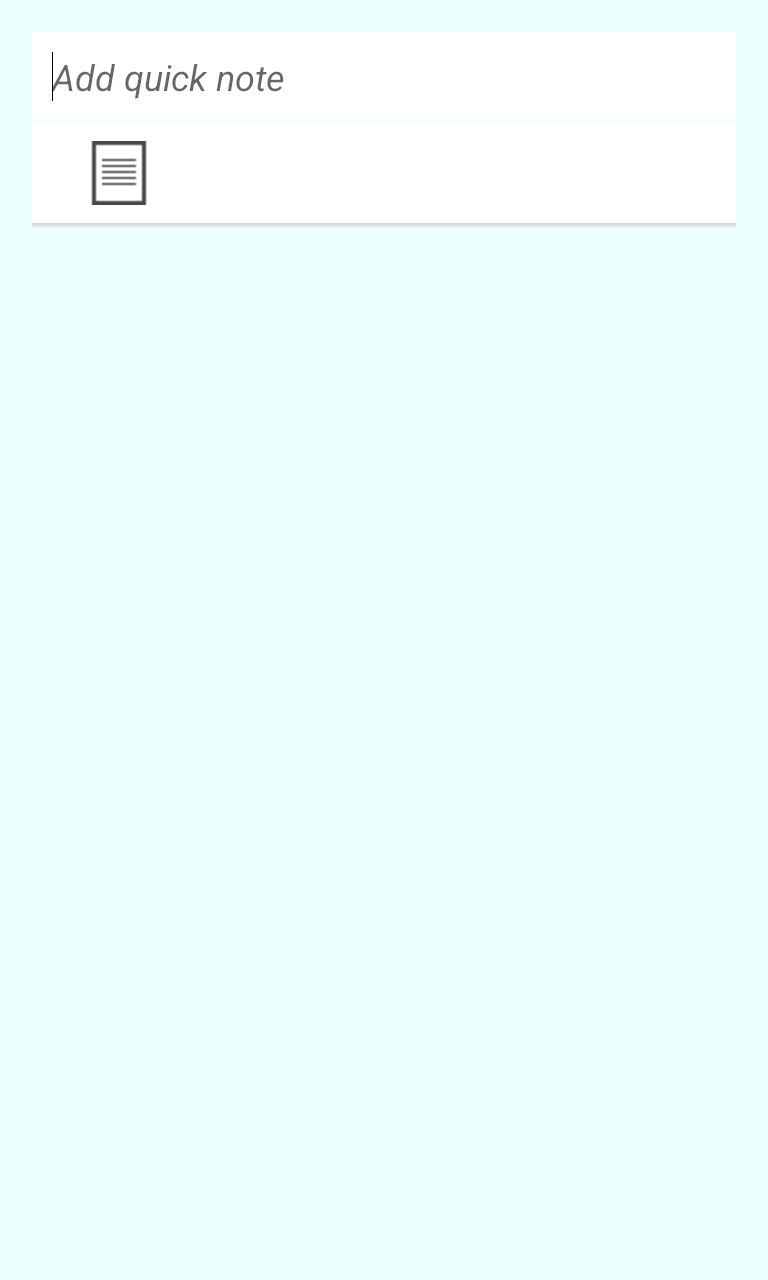
Repository: ishwormali/practices
Layout: Android/GoogleKeep/GoogleKeep/res/layout/fragment_main.xml
The author's editor kept a copy of each file at every save. The layout is drawn from the files as they stood at one save, then again after the next save.
It is drawn on a 768 x 1280 px phone screen (xhdpi) without system bars, with theme Theme.Orangeboom; the app's code is not run.

Above is the layout before, as saved 2014-04-01 07:32:26.

### Android/GoogleKeep/GoogleKeep/res/layout/fragment_main.xml
<RelativeLayout xmlns:android="http://schemas.android.com/apk/res/android"
    xmlns:tools="http://schemas.android.com/tools"
    android:layout_width="match_parent"
    android:layout_height="match_parent"
    android:paddingBottom="@dimen/activity_vertical_margin"
    android:paddingLeft="@dimen/activity_horizontal_margin"
    android:paddingRight="@dimen/activity_horizontal_margin"
    android:paddingTop="@dimen/activity_vertical_margin"
    tools:context="com.practices.googlekeep.MainActivity$PlaceholderFragment"
    android:background="@color/main_background"
      >

    <LinearLayout
        android:layout_width="match_parent"
        android:layout_height="wrap_content"
        android:layout_alignParentTop="true"
        android:layout_centerHorizontal="true"
        android:background="@drawable/area_container"
        android:orientation="vertical" >

        <EditText
            android:id="@+id/text_quicknote"
            android:layout_width="match_parent"
            android:layout_height="wrap_content"
            android:ems="10"  android:hint="@string/add_quick_note"
            android:background="@drawable/edit_box"
            android:textColor="@android:color/black"
android:textCursorDrawable="@null" android:padding="10dp"
             >

            <requestFocus />
        </EditText>
        <View
android:layout_width="fill_parent"
android:layout_height="1dip"
android:background="@color/main_background" />


        <LinearLayout android:layout_width="fill_parent"
            android:layout_height="50dp"
             >
            <ImageButton android:layout_width="wrap_content"
                android:layout_height="wrap_content"
                android:src="@drawable/ico_linedpaper32"
                style="?android:attr/borderlessButtonStyle"
                />
        </LinearLayout>

         <View
    android:id="@+id/divider"
    android:background="@drawable/drop_shadow"
    android:layout_width="match_parent"
    android:layout_height="3sp"
     />
    </LinearLayout>

</RelativeLayout>

### Android/GoogleKeep/GoogleKeep/res/values-v14/themes.xml
<?xml version="1.0" encoding="utf-8"?>
<!-- File created by the Android Action Bar Style Generator

     Copyright (C) 2011 The Android Open Source Project
     Copyright (C) 2012 readyState Software Ltd

     Licensed under the Apache License, Version 2.0 (the "License");
     you may not use this file except in compliance with the License.
     You may obtain a copy of the License at

          http://www.apache.org/licenses/LICENSE-2.0

     Unless required by applicable law or agreed to in writing, software
     distributed under the License is distributed on an "AS IS" BASIS,
     WITHOUT WARRANTIES OR CONDITIONS OF ANY KIND, either express or implied.
     See the License for the specific language governing permissions and
     limitations under the License.
-->

<resources xmlns:android="http://schemas.android.com/apk/res/android">

    <style name="Theme.Orangeboom" parent="@style/Theme.AppCompat.Light">
        <item name="android:actionBarItemBackground">@drawable/selectable_background_orangeboom</item>
        <item name="android:popupMenuStyle">@style/PopupMenu.Orangeboom</item>
        <item name="android:dropDownListViewStyle">@style/DropDownListView.Orangeboom</item>
        <item name="android:actionBarTabStyle">@style/ActionBarTabStyle.Orangeboom</item>
        <item name="android:actionDropDownStyle">@style/DropDownNav.Orangeboom</item>
        <item name="android:actionBarStyle">@style/ActionBar.Solid.Orangeboom</item>
        <item name="android:actionModeBackground">@drawable/cab_background_top_orangeboom</item>
        <item name="android:actionModeSplitBackground">@drawable/cab_background_bottom_orangeboom</item>
        <item name="android:actionModeCloseButtonStyle">@style/ActionButton.CloseMode.Orangeboom</item>
         <item name="actionMenuTextColor">@android:color/white</item>

    </style>

    <style name="ActionBar.Solid.Orangeboom" parent="@style/Widget.AppCompat.Light.ActionBar.Solid">
        <item name="android:background">@drawable/ab_solid_orangeboom</item>
        <item name="android:backgroundStacked">@drawable/ab_stacked_solid_orangeboom</item>
        <item name="android:backgroundSplit">@drawable/ab_bottom_solid_orangeboom</item>
        <item name="android:progressBarStyle">@style/ProgressBar.Orangeboom</item>
       <item name="android:titleTextStyle">@style/ActionBar.TextStyle.Orangeboom</item>
<!--        <item name="android:logo">@drawable/text_x_todo</item> -->
    </style>

    <style name="ActionBar.TextStyle.Orangeboom"
           parent="@style/TextAppearance.AppCompat.Widget.ActionBar.Title">
        <item name="android:textColor">@android:color/white</item>
    </style>

    <style name="ActionBar.Transparent.Orangeboom" parent="@style/Widget.AppCompat.Light.ActionBar">
        <item name="android:background">@drawable/ab_transparent_orangeboom</item>
        <item name="android:progressBarStyle">@style/ProgressBar.Orangeboom</item>
    </style>

    <!-- this style is only referenced in a Light.DarkActionBar based theme -->
    <style name="Theme.Orangeboom.Widget" parent="@style/Theme.AppCompat">
        <item name="android:popupMenuStyle">@style/PopupMenu.Orangeboom</item>
        <item name="android:dropDownListViewStyle">@style/DropDownListView.Orangeboom</item>
    </style>

</resources>

### Android/GoogleKeep/GoogleKeep/res/values/themes.xml
<?xml version="1.0" encoding="utf-8"?>
<!-- File created by the Android Action Bar Style Generator

     Copyright (C) 2011 The Android Open Source Project
     Copyright (C) 2012 readyState Software Ltd

     Licensed under the Apache License, Version 2.0 (the "License");
     you may not use this file except in compliance with the License.
     You may obtain a copy of the License at

          http://www.apache.org/licenses/LICENSE-2.0

     Unless required by applicable law or agreed to in writing, software
     distributed under the License is distributed on an "AS IS" BASIS,
     WITHOUT WARRANTIES OR CONDITIONS OF ANY KIND, either express or implied.
     See the License for the specific language governing permissions and
     limitations under the License.
-->

<resources xmlns:android="http://schemas.android.com/apk/res/android">

    <style name="Theme.Orangeboom" parent="@style/Theme.AppCompat.Light">
        <item name="actionBarItemBackground">@drawable/selectable_background_orangeboom</item>
        <item name="popupMenuStyle">@style/PopupMenu.Orangeboom</item>
        <item name="dropDownListViewStyle">@style/DropDownListView.Orangeboom</item>
        <item name="actionBarTabStyle">@style/ActionBarTabStyle.Orangeboom</item>
        <item name="actionDropDownStyle">@style/DropDownNav.Orangeboom</item>
        <item name="actionBarStyle">@style/ActionBar.Solid.Orangeboom</item>
        <item name="actionModeBackground">@drawable/cab_background_top_orangeboom</item>
        <item name="actionModeSplitBackground">@drawable/cab_background_bottom_orangeboom</item>
        <item name="actionModeCloseButtonStyle">@style/ActionButton.CloseMode.Orangeboom</item>
 <item name="actionMenuTextColor">@android:color/white</item>


    </style>

    <style name="ActionBar.Solid.Orangeboom" parent="@style/Widget.AppCompat.Light.ActionBar.Solid">
        <item name="background">@drawable/ab_solid_orangeboom</item>
        <item name="backgroundStacked">@drawable/ab_stacked_solid_orangeboom</item>
        <item name="backgroundSplit">@drawable/ab_bottom_solid_orangeboom</item>
        <item name="progressBarStyle">@style/ProgressBar.Orangeboom</item>
         <item name="titleTextStyle">@style/ActionBar.TextStyle.Orangeboom</item>
<!--          <item name="logo">@drawable/text_x_todo</item> -->
    </style>

     <style name="ActionBar.TextStyle.Orangeboom"
           parent="@style/TextAppearance.AppCompat.Widget.ActionBar.Title">
        <item name="android:textColor">@android:color/white</item>
    </style>

    <style name="ActionBar.Transparent.Orangeboom" parent="@style/Widget.AppCompat.Light.ActionBar">
        <item name="background">@drawable/ab_transparent_orangeboom</item>
        <item name="progressBarStyle">@style/ProgressBar.Orangeboom</item>
    </style>

    <style name="PopupMenu.Orangeboom" parent="@style/Widget.AppCompat.Light.PopupMenu">
        <item name="android:popupBackground">@drawable/menu_dropdown_panel_orangeboom</item>
    </style>

    <style name="DropDownListView.Orangeboom" parent="@style/Widget.AppCompat.Light.ListView.DropDown">
        <item name="android:listSelector">@drawable/selectable_background_orangeboom</item>
    </style>

    <style name="ActionBarTabStyle.Orangeboom" parent="@style/Widget.AppCompat.Light.ActionBar.TabView">
        <item name="android:background">@drawable/tab_indicator_ab_orangeboom</item>
        <item name="android:textColor">@android:color/white</item>
    </style>

    <style name="DropDownNav.Orangeboom" parent="@style/Widget.AppCompat.Light.Spinner.DropDown.ActionBar">
        <item name="android:background">@drawable/spinner_background_ab_orangeboom</item>
        <item name="android:popupBackground">@drawable/menu_dropdown_panel_orangeboom</item>
        <item name="android:dropDownSelector">@drawable/selectable_background_orangeboom</item>
    </style>

    <style name="ProgressBar.Orangeboom" parent="@style/Widget.AppCompat.ProgressBar.Horizontal">
        <item name="android:progressDrawable">@drawable/progress_horizontal_orangeboom</item>
    </style>

    <style name="ActionButton.CloseMode.Orangeboom" parent="@style/Widget.AppCompat.Light.ActionButton.CloseMode">
        <item name="android:background">@drawable/btn_cab_done_orangeboom</item>
    </style>

    <!-- this style is only referenced in a Light.DarkActionBar based theme -->
    <style name="Theme.Orangeboom.Widget" parent="@style/Theme.AppCompat">
        <item name="popupMenuStyle">@style/PopupMenu.Orangeboom</item>
        <item name="dropDownListViewStyle">@style/DropDownListView.Orangeboom</item>
    </style>

</resources>

### Android/GoogleKeep/GoogleKeep/res/drawable/selectable_background_orangeboom.xml
<?xml version="1.0" encoding="utf-8"?>
<!-- File created by the Android Action Bar Style Generator

     Copyright (C) 2011 The Android Open Source Project
     Copyright (C) 2012 readyState Software Ltd

     Licensed under the Apache License, Version 2.0 (the "License");
     you may not use this file except in compliance with the License.
     You may obtain a copy of the License at

          http://www.apache.org/licenses/LICENSE-2.0

     Unless required by applicable law or agreed to in writing, software
     distributed under the License is distributed on an "AS IS" BASIS,
     WITHOUT WARRANTIES OR CONDITIONS OF ANY KIND, either express or implied.
     See the License for the specific language governing permissions and
     limitations under the License.
-->

<selector xmlns:android="http://schemas.android.com/apk/res/android"
        android:exitFadeDuration="@android:integer/config_mediumAnimTime" >
    <item android:state_pressed="false" android:state_focused="true" android:drawable="@drawable/list_focused_orangeboom" />
    <item android:state_pressed="true" android:drawable="@drawable/list_pressed_orangeboom" />
    <item android:drawable="@android:color/transparent" />
</selector>

### Android/GoogleKeep/GoogleKeep/res/drawable/btn_cab_done_orangeboom.xml
<?xml version="1.0" encoding="utf-8"?>
<!-- File created by the Android Action Bar Style Generator

     Copyright (C) 2011 The Android Open Source Project
     Copyright (C) 2012 readyState Software Ltd

     Licensed under the Apache License, Version 2.0 (the "License");
     you may not use this file except in compliance with the License.
     You may obtain a copy of the License at

          http://www.apache.org/licenses/LICENSE-2.0

     Unless required by applicable law or agreed to in writing, software
     distributed under the License is distributed on an "AS IS" BASIS,
     WITHOUT WARRANTIES OR CONDITIONS OF ANY KIND, either express or implied.
     See the License for the specific language governing permissions and
     limitations under the License.
-->

<selector xmlns:android="http://schemas.android.com/apk/res/android">
    <item android:state_pressed="true"
        android:drawable="@drawable/btn_cab_done_pressed_orangeboom" />
    <item android:state_focused="true" android:state_enabled="true"
        android:drawable="@drawable/btn_cab_done_focused_orangeboom" />
    <item android:state_enabled="true"
        android:drawable="@drawable/btn_cab_done_default_orangeboom" />
</selector>

### Android/GoogleKeep/GoogleKeep/res/drawable/progress_horizontal_orangeboom.xml
<?xml version="1.0" encoding="utf-8"?>
<!-- File created by the Android Action Bar Style Generator

     Copyright (C) 2011 The Android Open Source Project
     Copyright (C) 2012 readyState Software Ltd

     Licensed under the Apache License, Version 2.0 (the "License");
     you may not use this file except in compliance with the License.
     You may obtain a copy of the License at

          http://www.apache.org/licenses/LICENSE-2.0

     Unless required by applicable law or agreed to in writing, software
     distributed under the License is distributed on an "AS IS" BASIS,
     WITHOUT WARRANTIES OR CONDITIONS OF ANY KIND, either express or implied.
     See the License for the specific language governing permissions and
     limitations under the License.
-->

<layer-list xmlns:android="http://schemas.android.com/apk/res/android">

    <item android:id="@android:id/background"
          android:drawable="@drawable/progress_bg_orangeboom" />

    <item android:id="@android:id/secondaryProgress">
        <scale android:scaleWidth="100%"
               android:drawable="@drawable/progress_secondary_orangeboom" />
    </item>

    <item android:id="@android:id/progress">
        <scale android:scaleWidth="100%"
               android:drawable="@drawable/progress_primary_orangeboom" />
    </item>

</layer-list>

### Android/GoogleKeep/GoogleKeep/res/drawable/spinner_background_ab_orangeboom.xml
<?xml version="1.0" encoding="utf-8"?>
<!-- File created by the Android Action Bar Style Generator

     Copyright (C) 2011 The Android Open Source Project
     Copyright (C) 2012 readyState Software Ltd

     Licensed under the Apache License, Version 2.0 (the "License");
     you may not use this file except in compliance with the License.
     You may obtain a copy of the License at

          http://www.apache.org/licenses/LICENSE-2.0

     Unless required by applicable law or agreed to in writing, software
     distributed under the License is distributed on an "AS IS" BASIS,
     WITHOUT WARRANTIES OR CONDITIONS OF ANY KIND, either express or implied.
     See the License for the specific language governing permissions and
     limitations under the License.
-->

<selector xmlns:android="http://schemas.android.com/apk/res/android">
    <item android:state_enabled="false"
        android:drawable="@drawable/spinner_ab_disabled_orangeboom" />
    <item android:state_pressed="true"
        android:drawable="@drawable/spinner_ab_pressed_orangeboom" />
    <item android:state_pressed="false" android:state_focused="true"
        android:drawable="@drawable/spinner_ab_focused_orangeboom" />
    <item android:drawable="@drawable/spinner_ab_default_orangeboom" />
</selector>

### Android/GoogleKeep/GoogleKeep/res/drawable/tab_indicator_ab_orangeboom.xml
<?xml version="1.0" encoding="utf-8"?>
<!-- File created by the Android Action Bar Style Generator

     Copyright (C) 2011 The Android Open Source Project
     Copyright (C) 2012 readyState Software Ltd

     Licensed under the Apache License, Version 2.0 (the "License");
     you may not use this file except in compliance with the License.
     You may obtain a copy of the License at

          http://www.apache.org/licenses/LICENSE-2.0

     Unless required by applicable law or agreed to in writing, software
     distributed under the License is distributed on an "AS IS" BASIS,
     WITHOUT WARRANTIES OR CONDITIONS OF ANY KIND, either express or implied.
     See the License for the specific language governing permissions and
     limitations under the License.
-->

<selector xmlns:android="http://schemas.android.com/apk/res/android">
    <!-- Non focused states -->
    <item android:state_focused="false" android:state_selected="false" android:state_pressed="false" android:drawable="@android:color/transparent" />
    <item android:state_focused="false" android:state_selected="true"  android:state_pressed="false" android:drawable="@drawable/tab_selected_orangeboom" />

    <!-- Focused states -->
    <item android:state_focused="true" android:state_selected="false" android:state_pressed="false" android:drawable="@drawable/tab_unselected_focused_orangeboom" />
    <item android:state_focused="true" android:state_selected="true"  android:state_pressed="false" android:drawable="@drawable/tab_selected_focused_orangeboom" />

    <!-- Pressed -->
    <!--    Non focused states -->
    <item android:state_focused="false" android:state_selected="false" android:state_pressed="true" android:drawable="@drawable/tab_unselected_pressed_orangeboom" />
    <item android:state_focused="false" android:state_selected="true"  android:state_pressed="true" android:drawable="@drawable/tab_selected_pressed_orangeboom" />

    <!--    Focused states -->
    <item android:state_focused="true" android:state_selected="false" android:state_pressed="true" android:drawable="@drawable/tab_unselected_pressed_orangeboom" />
    <item android:state_focused="true" android:state_selected="true"  android:state_pressed="true" android:drawable="@drawable/tab_selected_pressed_orangeboom" />
</selector>

### Android/GoogleKeep/GoogleKeep/res/values/dimens.xml
<resources>

    <!-- Default screen margins, per the Android Design guidelines. -->
    <dimen name="activity_horizontal_margin">16dp</dimen>
    <dimen name="activity_vertical_margin">16dp</dimen>

</resources>

### Android/GoogleKeep/GoogleKeep/res/values/Color.xml
<?xml version="1.0" encoding="utf-8"?>
<resources>
    <color name="main_background">#EDFFFF</color>
    <color name="area_container_background">#FFFFFF</color>

</resources>

### Android/GoogleKeep/GoogleKeep/res/drawable/area_container.xml
<?xml version="1.0" encoding="utf-8"?>
<shape xmlns:android="http://schemas.android.com/apk/res/android"

    >
    <solid android:color="@color/area_container_background"/>

</shape>

### Android/GoogleKeep/GoogleKeep/res/values/strings.xml
<?xml version="1.0" encoding="utf-8"?>
<resources>

    <string name="app_name">GoogleKeep</string>
    <string name="hello_world">Hello world!</string>
    <string name="action_settings">Settings</string>
	<string name="add_quick_note"><i>Add quick note</i></string>
</resources>

### Android/GoogleKeep/GoogleKeep/res/drawable/edit_box.xml
<?xml version="1.0" encoding="utf-8"?>
<shape xmlns:android="http://schemas.android.com/apk/res/android"
    android:shape="rectangle"
    android:padding="10dp"
     >

<solid android:color="#FFFFFF"/>

</shape>

### Android/GoogleKeep/GoogleKeep/res/drawable/drop_shadow.xml
<?xml version="1.0" encoding="utf-8"?>
<shape xmlns:android="http://schemas.android.com/apk/res/android" android:shape="rectangle">
  <gradient
    android:startColor="@color/main_background"

    android:endColor="#d3d7cf"
    android:angle="90" />
</shape>

Loaded but not shown: Android/GoogleKeep/GoogleKeep/res/values-w820dp/dimens.xml (common file)

After the next save:
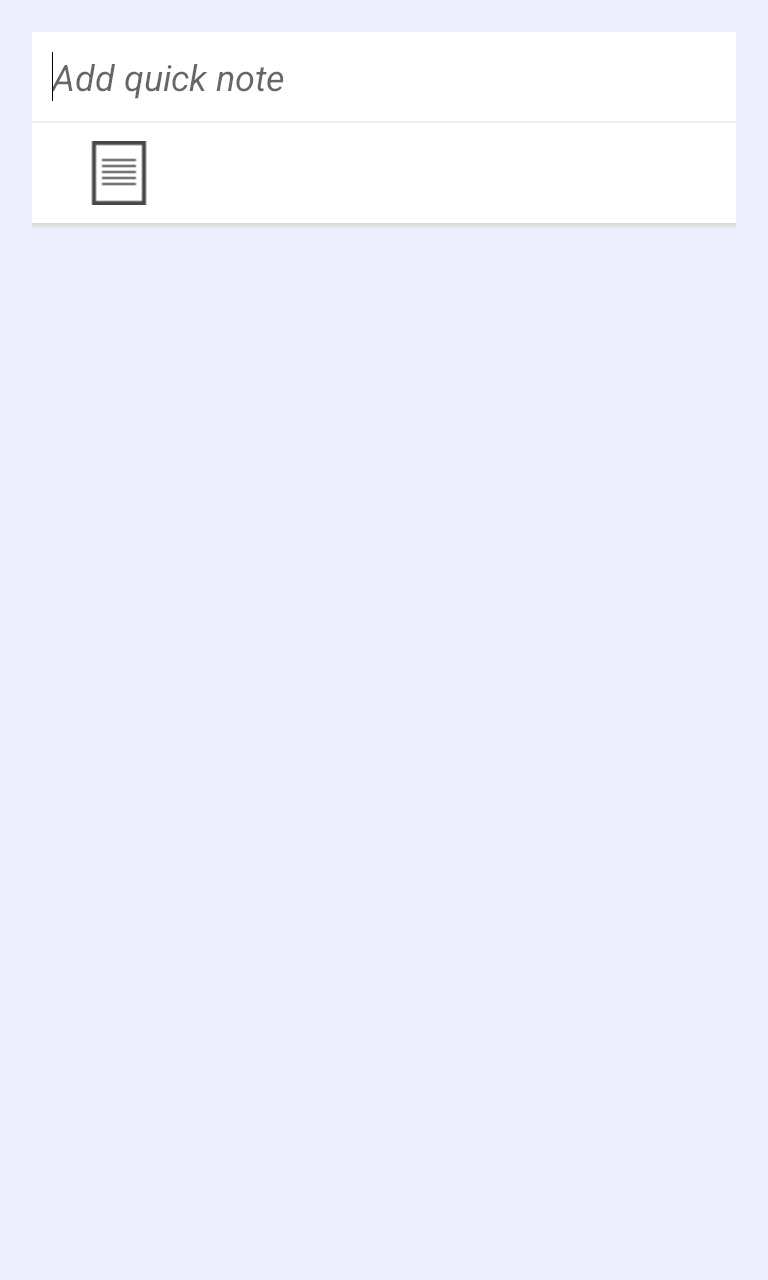
Saved 17 s later.
--- a/Android/GoogleKeep/GoogleKeep/res/values/Color.xml
+++ b/Android/GoogleKeep/GoogleKeep/res/values/Color.xml
@@ -1,6 +1,6 @@
 <?xml version="1.0" encoding="utf-8"?>
 <resources>
-    <color name="main_background">#EDFFFF</color>
+    <color name="main_background">#EDEFFF</color>
     <color name="area_container_background">#FFFFFF</color>
 
 </resources>
